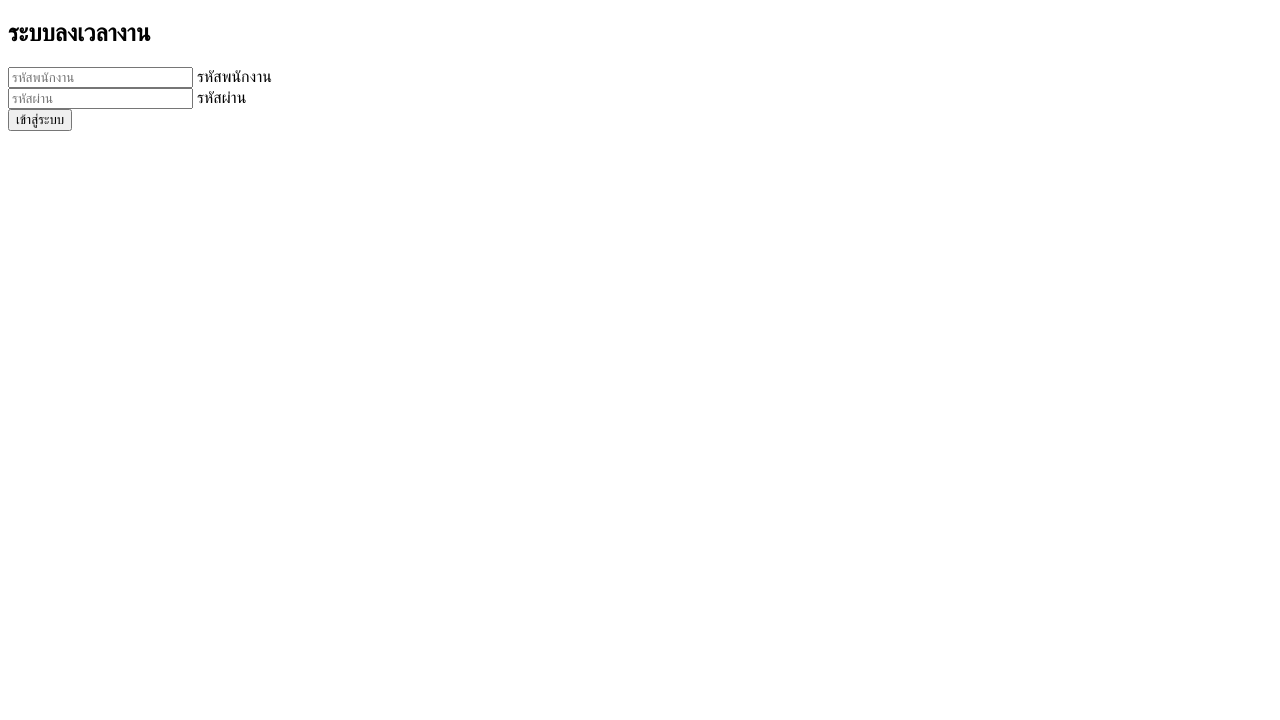
Repository: Jatuphonezyxx007/nice-project
Page: http://localhost/
These files come from the project's save history. The page is drawn as it stood at one moment and after a run of saves; the edit follows.
The browser window is 1280 px wide. The pictures show the whole page.
The page is run by PHP 8.4 with error messages shown; the project is at /var/www/html/. Queries for data that is not in the repository find no rows.

Above is the page before, as saved 2025-11-09 03:14:19.

After the next 2 saves:
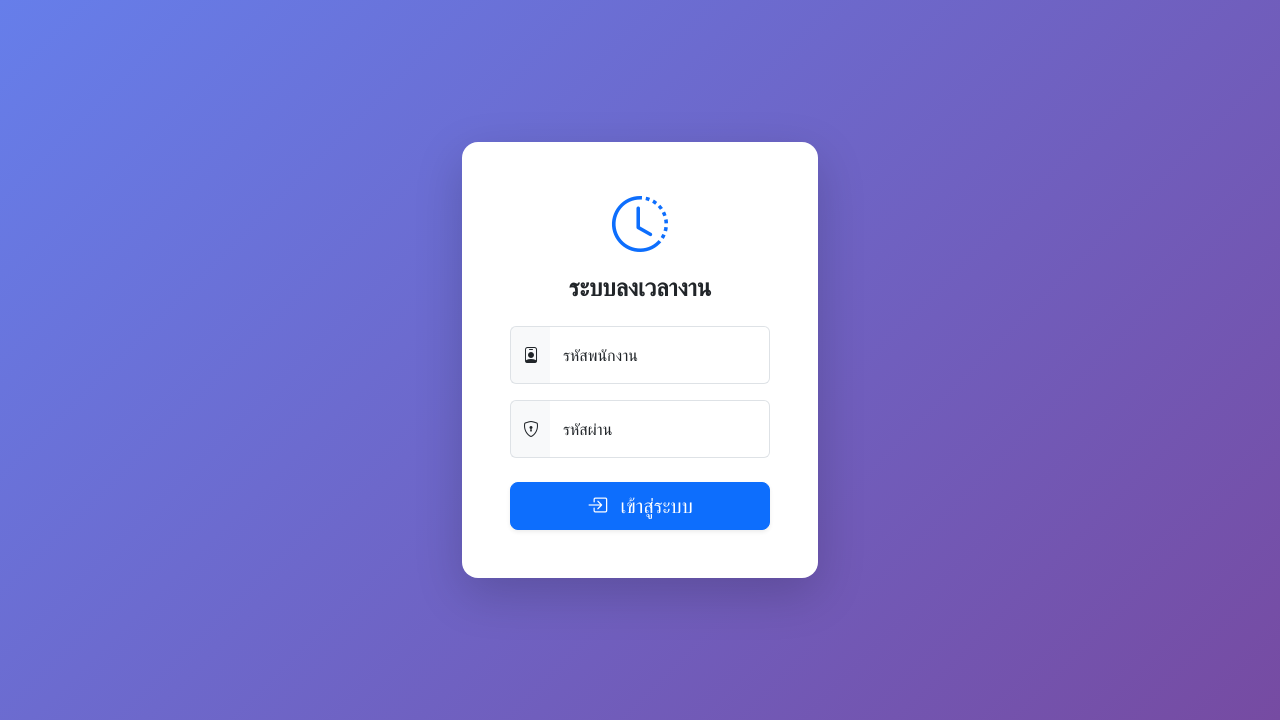
The 2 saves are shown as one change because they came seconds apart.
The last was saved 116 s later.
--- a/index.php
+++ b/index.php
@@ -100,9 +100,21 @@ $conn->close();
 
 <!DOCTYPE html>
 <html lang="th">
-<head>
-    </head>
-<body class="d-flex vh-100 align-items-center justify-content-center">
+<meta charset="UTF-8">
+    <meta name="viewport" content="width=device-width, initial-scale=1.0">
+    <title>ระบบลงเวลางาน - Login</title>
+
+    <link href="https://cdn.jsdelivr.net/npm/bootstrap@5.3.3/dist/css/bootstrap.min.css" rel="stylesheet">
+
+    <link rel="stylesheet" href="https://cdn.jsdelivr.net/npm/bootstrap-icons@1.11.3/font/bootstrap-icons.css">
+
+    <style>
+        /* (ใหม่) สไตล์สำหรับพื้นหลังไล่สี */
+        body {
+            background: linear-gradient(135deg, #667eea 0%, #764ba2 100%);
+        }
+    </style>
+    <body class="d-flex vh-100 align-items-center justify-content-center">
 
     <div class="container">
         <div class="row justify-content-center">
